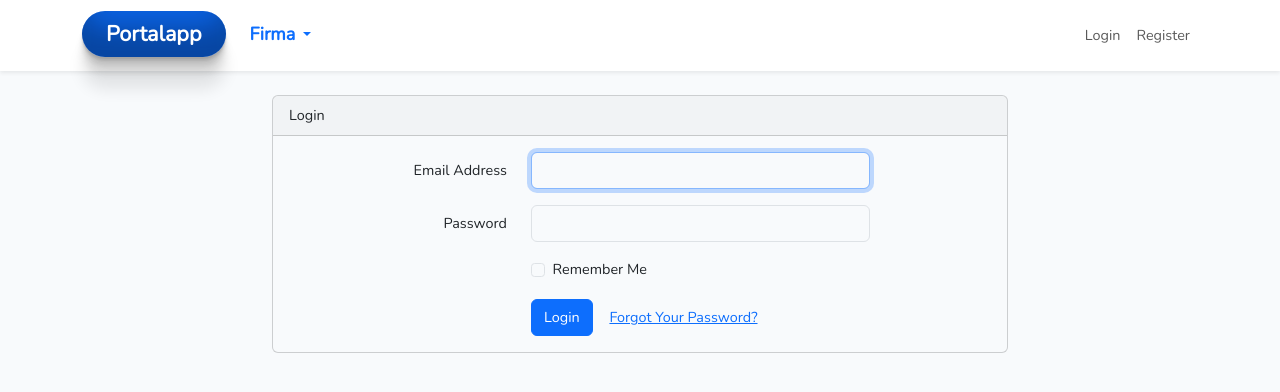
Repository: oguzhansade/portalapp
Page: http://localhost/login
The author's editor kept a copy of each file at every save. The page is drawn from the files as they stood at one save, then again after the next save.
The browser window is 1280 px wide. The pictures show the whole page.
The page is served by the project's Laravel application, run on PHP 8.4 with Laravel 9. Style sheets and scripts are compiled from the project's sources, by tool versions that may differ from the author's.

Above is the page before, as saved 2023-06-22 22:18:54.

After the next save:
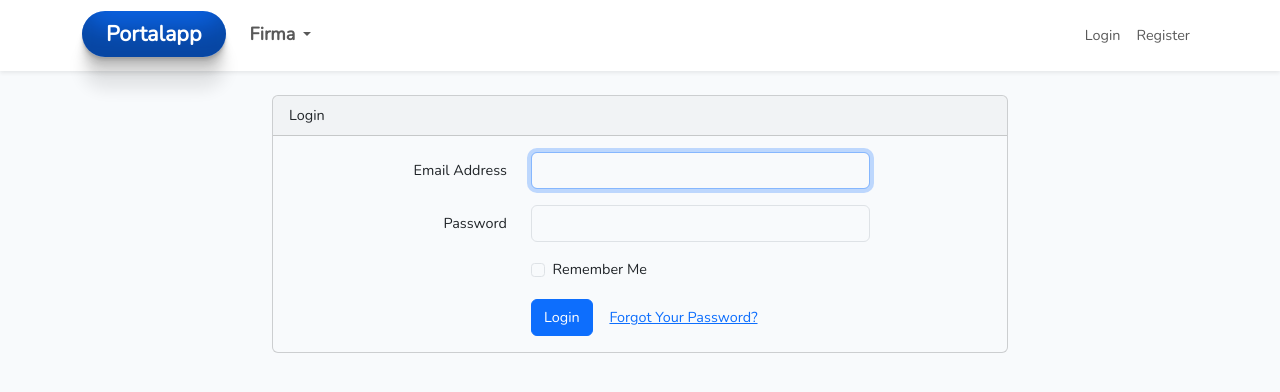
Saved 10 s later.
--- a/resources/views/layouts/app.blade.php
+++ b/resources/views/layouts/app.blade.php
@@ -46,7 +46,7 @@
                     <!-- Left Side Of Navbar -->
                     <ul class="navbar-nav me-auto ">
                         <li class="nav-item dropdown ml-5">
-                            <a id="navbarDropdown" class="nav-link dropdown-toggle text-primary" href="#" role="button" data-bs-toggle="dropdown" aria-haspopup="true" aria-expanded="false" v-pre>
+                            <a id="navbarDropdown" class="nav-link dropdown-toggle " href="#" role="button" data-bs-toggle="dropdown" aria-haspopup="true" aria-expanded="false" v-pre>
                                <strong class="h5 " style="font-weight: bolder;">Firma</strong>
                             </a>
 
